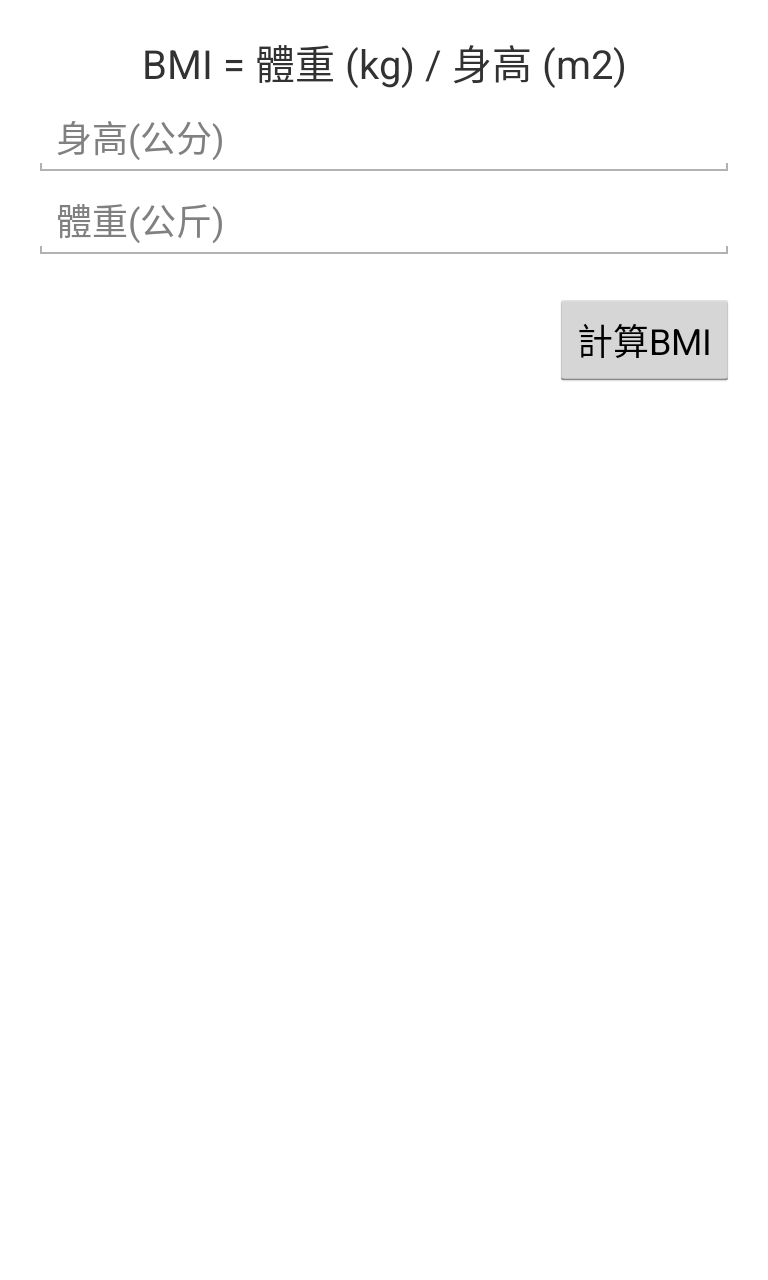
Repository: ericluo1123/myAndroidCode
Layout: myAndroidProject/res/layout/activity_main.xml
The author's editor kept a copy of each file at every save. The layout is drawn from the files as they stood at one save, then again after the next save.
It is drawn on a 768 x 1280 px phone screen (xhdpi) without system bars, with theme AppTheme; the app's code is not run.

Above is the layout before, as saved 2014-09-26 06:06:33.

After the next save:
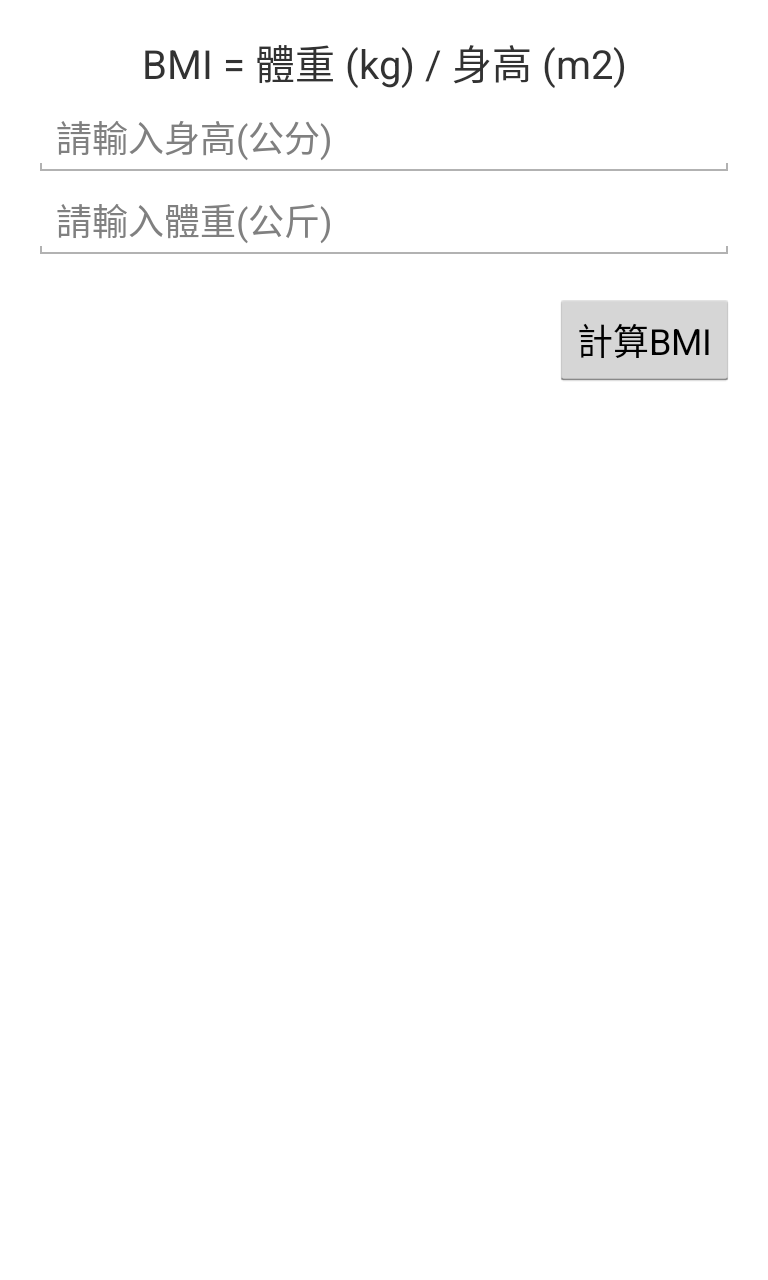
Saved 51 s later.
--- a/myAndroidProject/res/layout/activity_main.xml
+++ b/myAndroidProject/res/layout/activity_main.xml
@@ -16,7 +16,7 @@
         android:layout_centerHorizontal="true"
         android:layout_marginTop="32dp"
         android:ems="10"
-        android:hint="身高(公分)" />
+        android:hint="請輸入身高(公分)" />
 
     <TextView
         android:id="@+id/textView2"
@@ -35,7 +35,7 @@
         android:layout_below="@+id/editText1"
         android:layout_centerHorizontal="true"
         android:ems="10"
-        android:hint="體重(公斤)" />
+        android:hint="請輸入體重(公斤)" />
 
     <Button
         android:id="@+id/button1"
